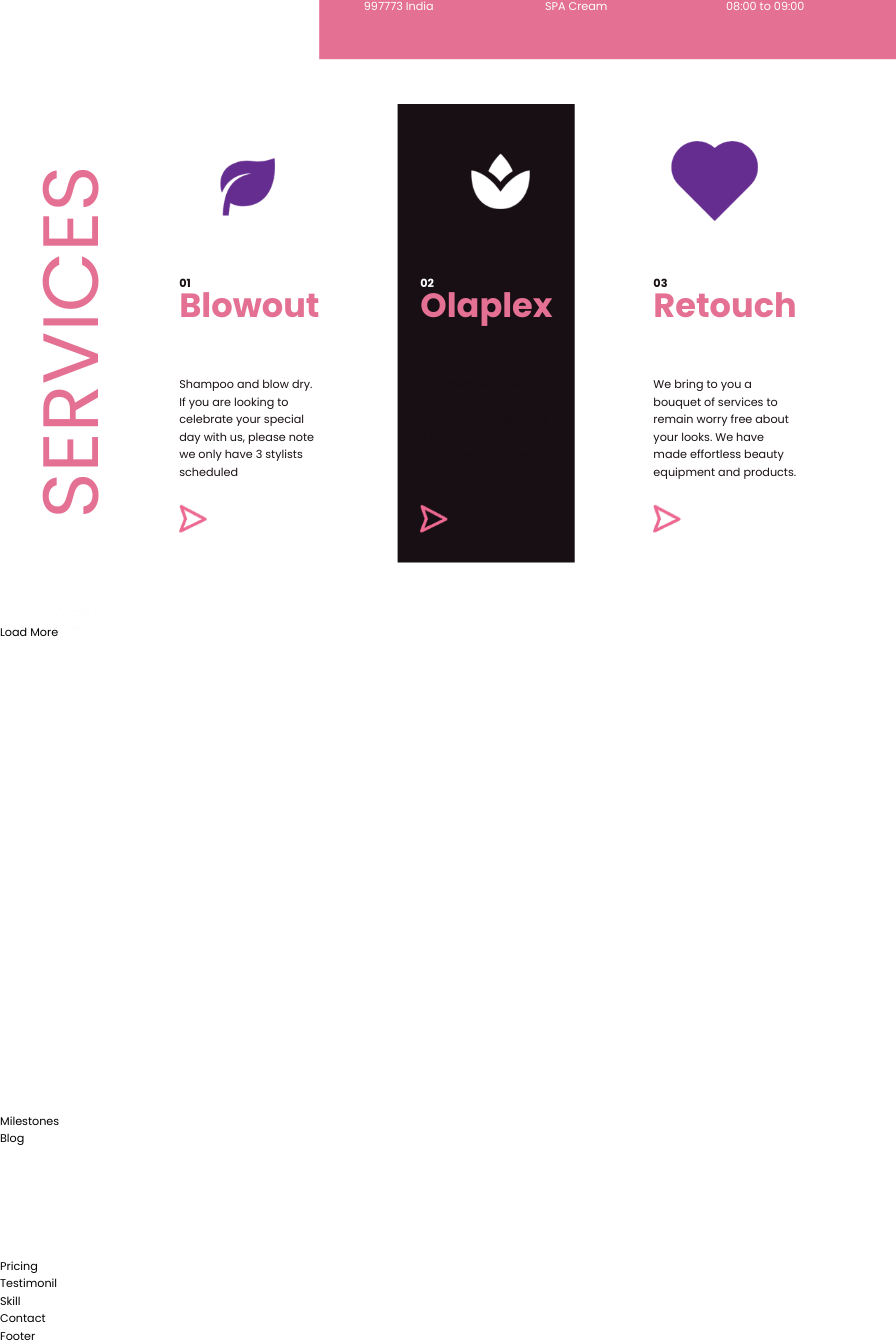
Repository: OmniaRafat232111121/animateSalon
Page: /
An editor plug-in stored every save of this project. The page is shown before and after a run of saves, followed by the edit.
The browser window is 1280 px wide. The pictures show the part of the page from y = 732 to 2652 px (the page is 2652 px tall), at 70% of full size.
The project was rebuilt for these pictures with package versions that can differ from the ones it lists, and the page was loaded fresh each time. Also part of the build but not shown: src/components/ScrollTop.jsx.

Above is the page before, as saved 2022-07-26 14:45:23.

### src/index.css
@import url("https://fonts.googleapis.com/css2?family=Poppins:wght@100;200;300;400;500;600;700;800&display=swap");
:root {
  --primary-color: #180f14;
  --secondary-color: #e47194;
  --font-family: "Poppins", sans-serif;
}

* {
  margin: 0;
  padding: 0;
  box-sizing: border-box;
}

html {
  scroll-behavior: smooth;
  height: 100%;
  overflow-x: hidden;
}

body {
  overflow-x: hidden;
}

body,
button {
  font-family: var(--font-family);
}

::-webkit-scrollbar {
  background-color: var(--primary-color);
  width: 0.3rem;
}

::-webkit-scrollbar-thumb {
  background-color: var(--secondary-color);
}

@media screen and (min-width: 280px) and (max-width: 1080px) {
  body::-webkit-scrollbar {
    display: none;
  }
}

### src/App.js
import React from 'react'
import Blog from './components/Blog'
import Contact from './components/Contact'
import Footer from './components/Footer'
import Home from './components/Home'
import Milestones from './components/Milestones'
import Portfolio from './components/Portfolio'
import Pricing from './components/Pricing'
import ScrollTop from './components/ScrollTop'
import Services from './components/Services'
import Skill from './components/Skill'
import Testimonil from './components/Testimonil'

const App = () => {
  return (
 <>

 <Home/>
 <Services/>
 <Portfolio/>
 <Milestones/>
 <Blog/>
 <video/>
 <Pricing/>
 <Testimonil/>
 <Skill/>
 <Contact/>
 <Footer/>
 </>
  )
}

export default App

### src/components/Home.jsx
import React from 'react'
import styled from "styled-components"
import home from "../assets/home.png";
import play from "../assets/play.png";
import Navbar from './Navbar';

const Home = () => {
  return (
  <Section id="home">
    <Navbar/>
    <div className="home">
    <div className="content">
    <div classname="title">
    <h1>Blossoms Parlour</h1>
    </div>
    <div className="subTitle">
            <p>
              At the Beauty Parlour, we believe in beauty with a conscience.
              We have created a salon that offers the highest quality hair
              services.
            </p>
          </div>
      <img src={play} alt="playButton"/>
    </div>
    </div>

    <div className="info">
    <div className="grid">
            <div className="col">
                <strong>Parlour</strong>
                <p>Blossoms Academy</p>
            </div>
            <div className="col">
                <strong>Email</strong>
                <p>blossoms@gmail.com</p>
            </div>
            <div className="col">
                <strong>Mobile</strong>
                <p>+91 8897666511</p>
            </div>
            <div className="col">
                <strong>Address</strong>
                <p>322, Long Fly,</p>
                <p>997773 India</p>
            </div>
            <div className="col">
                <strong>Services</strong>
                <p>Sparking</p>
                <p>SPA Cream</p>
            </div>
            <div className="col">
                <strong>Working Hours</strong>
                <p>Monday to Friday</p>
                <p>08:00 to 09:00</p>
            </div>
          </div>
    </div>
    </Section>
  )
}
const Section=styled.section`
  background: url(${home}) no-repeat center;
  min-height: 100vh;
  background-size: cover;
  position: relative;
  .home{
    height: 100%;
    .content {
      display: flex;
      flex-direction: column;
      align-items: flex-start;
      width: 60%;
      color: #fff;
      gap: 1.2rem;
      margin-top: 8rem;
      padding-left: 18rem;
      .title {
        h1 {
          font-size: 5rem;
          line-height: 5.3rem;
        }
      }
      .subTitle {
        p {
          width: 70%;
          margin-bottom: 2rem;
        }
      }
    }
  }
  .info {
    position: absolute;
    bottom: -6rem;
    right: 0;
    background-color: var(--secondary-color);
    padding: 4rem;
    .grid {
      display: grid;
      grid-template-columns: repeat(3, 1fr);
      gap: 5rem;
      color: #fff;
    }
  }
  @media screen and (min-width: 280px) and (max-width: 1080px) {
    .home {
      .content {
        padding-left: 2rem;
        width: 100%;
        margin-bottom: 2rem;
        .title {
          h1 {
            font-size: 4rem;
            line-height: 4rem;
          }
        }
      }
    }
    .info {
      position: initial;
      .grid {
        grid-template-columns: 1fr;
      }
    }
  }
`;

export default Home

### src/components/Milestones.jsx
import React from 'react'

const Milestones = () => {
  return (
    <div>Milestones</div>
  )
}

export default Milestones

### src/components/Portfolio.jsx
import React from 'react';
import styled from "styled-components";
import loadmore from "../assets/loadmore.png";
import portfolio3 from "../assets/portfolio3.jpg";
import portfolio4 from "../assets/portfolio4.jpg";
import portfolio5 from "../assets/portfolio5.jpg";
import portfolio6 from "../assets/portfolio6.jpg";
import portfolio7 from "../assets/portfolio7.jpg";
import portfolio8 from "../assets/portfolio8.jpg";
import portfolio9 from "../assets/portfolio9.jpg";
import portfolio10 from "../assets/portfolio10.jpg";
import { motion } from "framer-motion";
function Portfolio() {
  return (
  <Section id="portfolio" >
    <div className="grid">
        <div  className="child-one grid-box"></div>
        <div  className="child-two grid-box"></div>
        <div  className="child-three grid-box"></div>
        <div  className="child-four grid-box"></div>
        <div  className="child-five grid-box"></div>
        <div  className="child-six grid-box"></div>
        <div  className="child-seven grid-box"></div>
        <div  className="child-eight grid-box"></div>
    </div>
    <div className="portfolio-more">
        <span>Load More</span>
        <img src={loadmore} alt="Load More" />
    </div>
  </Section>
  );
}

const Section=styled.section `
min-height:100vh;
padding-bottom:2rem;
background-color:var()

`;
export default Portfolio

### src/components/Services.jsx
import React from 'react'
import styled from 'styled-components'
import service1 from "../assets/service1.png"
import service2 from "../assets/service2.png"
import service3 from "../assets/service3.png"
import play from '../assets/play.png'
import Title from './Title'

import { motion } from "framer-motion";

const Services = () => {

  const data = [
    {
      type: "Blowout",
      text: "Shampoo and blow dry. If you are looking to celebrate your special day with us, please note we only have 3 stylists scheduled",
      image: service1,
    },
    {
      type: "Olaplex",
      text: "Hair treatment helping keep coloured hair healthy from the inside If you are looking to celebrate your special day with us.",
      image: service2,
    },
    {
      type: "Retouch",
      text: "We bring to you a bouquet of services to remain worry free about your looks. We have made effortless beauty equipment and products.",
      image: service3,
    },
  ];
  return <Section id="services" >
    <Title value="services" />
    <div className="services">
        {data.map(({type,text,image},index) => {
            return (
              <motion.div className="services__service"


              transition={{
                delay: 0.03,
                type: "tween",
                duration: 0.8,
              }}
              >
                  <div className="services__service__image">
                    <img src={image} alt="Service" />
                  </div>
                  <div className="services__service__title">
                    <span>0{index + 1}</span>
                    <h2>{type}</h2>
                  </div>
                  <p className="services__service__description">{text}</p>
                  <img src={play} alt="Readmore" />
              </motion.div>
            )
          })}
    </div>
  </Section>
}


const Section = styled.section`
min-height: 100vh;
.services {
  display: grid;
  grid-template-columns: repeat(3, 1fr);
  align-items: center;
  height: 100%;
  margin: 0 14rem;
  margin-top: 10rem;
  gap: 5rem;
  &__service{
    padding:2rem;
    &:nth-of-type(2){
      background-color:var(--primary-color);
      .services__service__title{
        span{
          color:#fff;
        }
      }
      .services__service_description {
        color:#fff;
      }
    }
    &__image {
      margin-bottom: 3rem;
    }
    &__title {
      span {
        color: var(--primary-color);
        font-weight: bolder;
      }
      h2 {
        font-size: 3rem;
        line-height: 2.5rem;
        margin-bottom: 5rem;
        color: var(--secondary-color);
      }
    }
    &__description {
      color: var(--primary-color);
      margin-bottom: 2rem;
    }
  }
}
@media screen and (min-width: 280px) and (max-width: 1080px) {
  .services {
    margin: 2rem 0;
    grid-template-columns: 1fr;
    gap: 2rem;
    padding: 0 2rem;
  }

  }
`;

export default Services

### src/components/Testimonil.jsx
import React from 'react'

const Testimonil = () => {
  return (
    <div>Testimonil</div>
  )
}

export default Testimonil

### src/components/Navbar.jsx
import React,{useState} from 'react';
import styled from 'styled-components';
import logo from "../assets/logo.png";
import { GitHamBurgerMenu } from 'react-icons/gi'
import { MdClose } from "react-icons/md";

const Navbar = () => {
const {isNavOpen,setIsNavOpen}=useState(false);
  return (
    <Nav>
    <div className="brand__container">
    <a href="#" className='brand'>
      <img src={logo} alt="logo" />
    </a>
    </div>
    <div className="toggle"></div>

 <div className="links">
 <ul>
 <li className="active">
     <a href="#home">Home</a>
   </li>
   <li>
     <a href="#services">Services</a>
   </li>
   <li>
     <a href="#portfolio">Portfolio</a>
   </li>
   <li>
     <a href="#blog">Blog</a>
   </li>
   <li>
     <a href="#skills">Skills</a>
   </li>
   <li>
     <a href="#contact">Contact</a>
   </li>
 </ul>
 </div>
</Nav>
  )
}
const Nav = styled.nav`
  display: flex;
  justify-content: space-between;
  margin: 0 2rem;
  color: #fff;
  padding-top: 2rem;
  .brand__container {
    margin: 0 2rem;
    .toggle {
      display: none;
    }
  }
  .links {
    ul {
      list-style-type: none;
      display: flex;
      gap: 3rem;
      .active{
        a {
          border-bottom: 0.2rem solid var(--secondary-color);
        }
      }
      li {
        a {
          color: #fff;
          text-decoration: none;
          font-weight: 400;
          font-size: 0.9rem;
          text-transform: uppercase;
        }
        a:hover{
          color:var(--secondary-color);
          border-bottom:0.2rem solid #fff;
        }
      }
    }
  }
  @media screen and (min-width: 280px) and (max-width: 1080px) {
    margin: 0;
    position: relative;
    .brand__container {
      display: flex;
      justify-content: space-between;
      align-items: center;
      width: 100%;
      .toggle {
        padding-right: 1rem;
        display: block;
        z-index: 1;
      }
    }
    .show {
      opacity: 1 !important;
      visibility: visible !important;
    }
    .links {
      position: absolute;
      overflow-x: hidden;
      top: 0;
      right: 0;
      width: ${({ state }) => (state ? "100%" : "0%")};
      height: 100vh;
      background-color: var(--secondary-color);
      opacity: 0;
      visibility: hidden;
      transition: 0.4s ease-in-out;
      ul {
        flex-direction: column;
        text-align: center;
        height: 100%;
        justify-content: center;
      }
    }
  }
`;

export default Navbar;

### src/components/Title.jsx
import React from 'react'
import styled from "styled-components";
const Title = ({value}) => {
  return (
    <Div>
    <h1>{value}</h1>
    </Div>
  );
}
const Div =styled.nav `
position:relative;
h1{
  position:absolute;
  transform: translateX(-30%) translateY(20vw) rotate(-90deg);
  font-size: 7rem;
  text-transform: uppercase;
  color: var(--secondary-color);
  font-weight: 400;
  @media screen and (min-width: 280px) and (max-width: 1080px) {
    display: none;
  }

}
`

export default Title

Loaded but not shown: public/index.html (common file); src/index.js (common file); src/components/Blog.jsx (common file); src/components/Contact.jsx (common file); src/components/Footer.jsx (common file); src/components/Pricing.jsx (common file); src/components/Skill.jsx (common file)

After the next 10 saves:
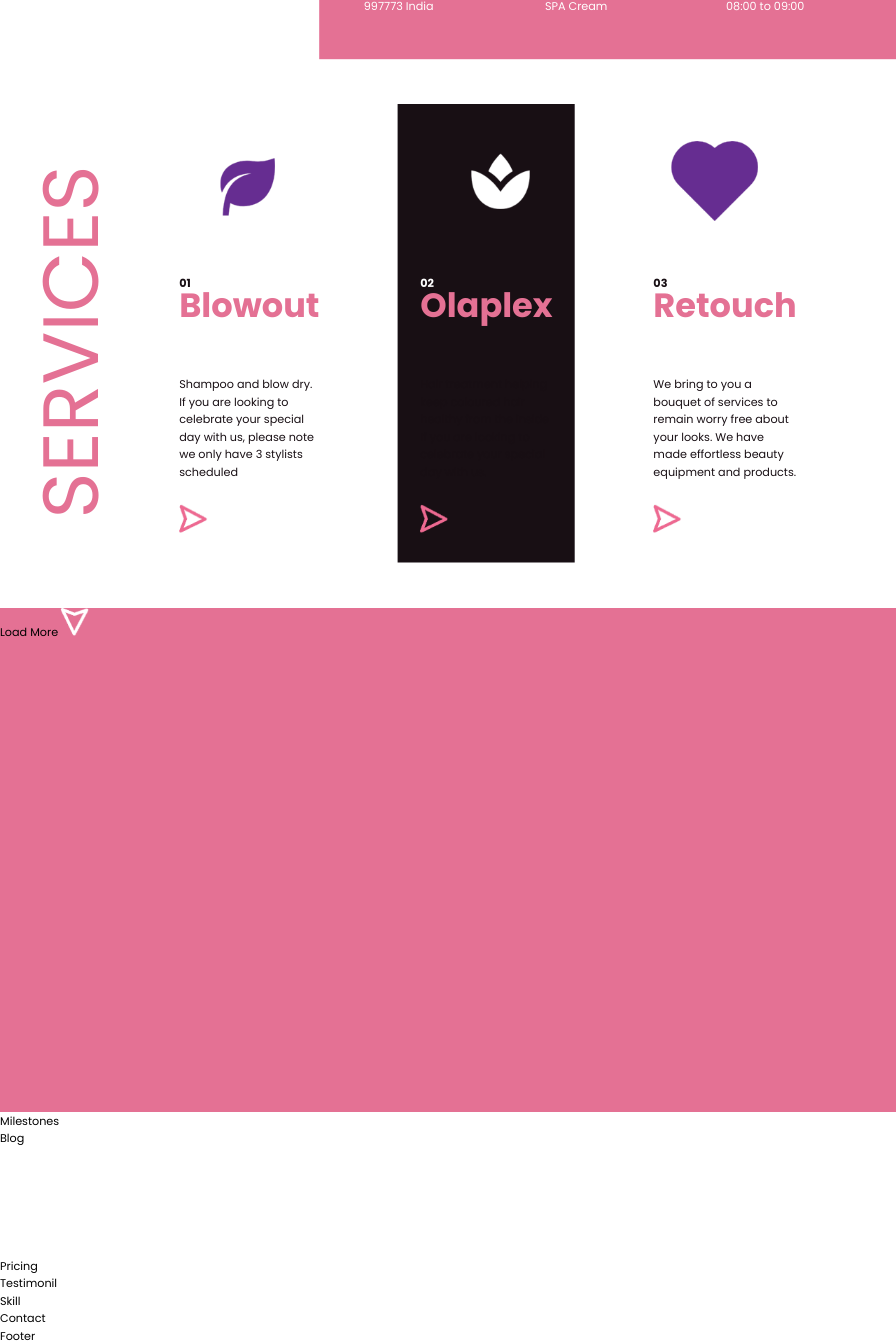
The 10 saves are shown as one change because they came seconds apart.
The last was saved 20 s later.
--- a/src/components/Portfolio.jsx
+++ b/src/components/Portfolio.jsx
@@ -34,7 +34,8 @@
 const Section=styled.section `
 min-height:100vh;
 padding-bottom:2rem;
-background-color:var()
+background-color:var(--secondary-color);
+
 
 `;
 export default Portfolio
